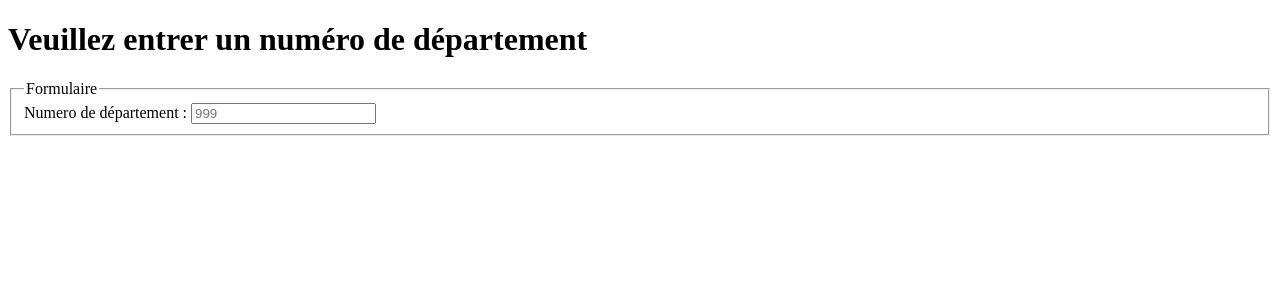
Repository: N4i4de/Proxibanque2
Page: TPJSPServletMVC/WebContent/index.html
These files come from the project's save history. The page is drawn as it stood at one moment and after the next save; the edit follows.
The browser window is 1280 px wide. The pictures show the whole page.

Above is the page before, as saved 2018-03-30 08:16:01.

### TPJSPServletMVC/WebContent/index.html
<!DOCTYPE html>
<html>
<head>
<meta charset="ISO-8859-1">
<title>entrer un numero de departement</title>
</head>
<body>
<h1>Veuillez entrer un numéro de département</h1>

<fieldset>
<legend>Formulaire</legend>
<form action="ShowDept" method="get">
Numero de département : <input type="text" name="deptNum" placeholder="999">
</form>
</fieldset>

</body>
</html>

After the next save:
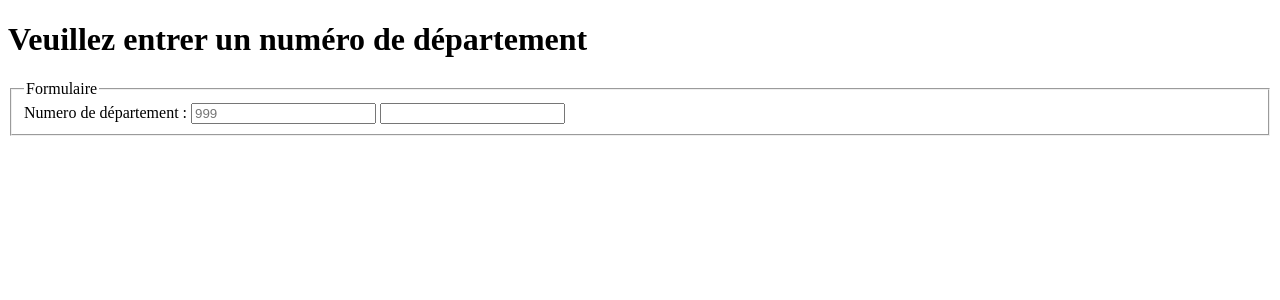
Saved 14 s later.
--- a/TPJSPServletMVC/WebContent/index.html
+++ b/TPJSPServletMVC/WebContent/index.html
@@ -11,6 +11,7 @@
 <legend>Formulaire</legend>
 <form action="ShowDept" method="get">
 Numero de département : <input type="text" name="deptNum" placeholder="999">
+<input type submit
 </form>
 </fieldset>
 
